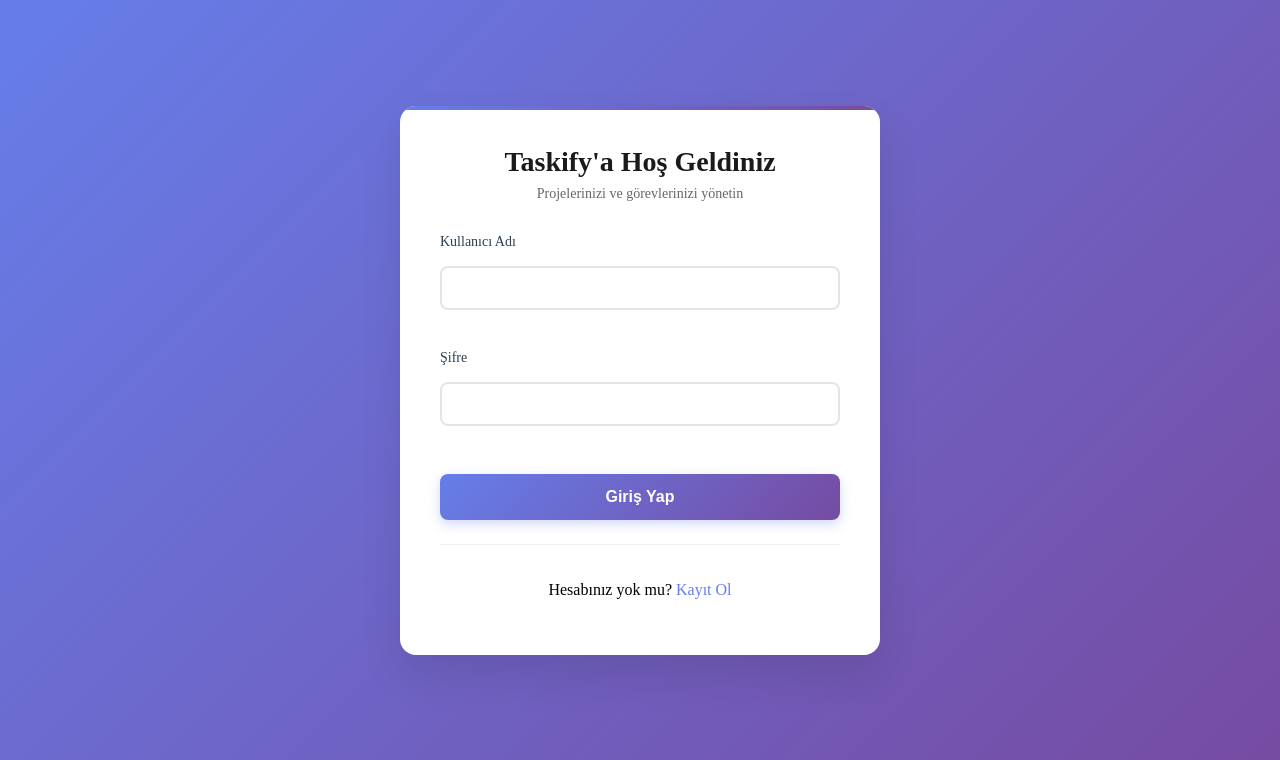
Repository: rumeyssaasya/TaskifyFrontendExample
Page: /tasks
An editor plug-in stored every save of this project. The page is shown before and after the next save, followed by the edit.
The browser window is 1280 px wide. The pictures show the whole page.
The project was rebuilt for these pictures with package versions that can differ from the ones it lists, and the page was loaded fresh each time. Also part of the build but not shown: vite.config.ts, src/pages/Register/register.tsx, src/component/Navbar/navbar.css, src/component/ProfileDropDownMenu/profileDropDownMenu.css, src/component/ProfileDropDownMenu/profileDropDownMenu.tsx, src/component/Navbar/navbar.tsx, src/component/ProjectList/projectList.css, src/component/EditProject/EditProject.tsx and 21 more.

Above is the page before, as saved 2025-08-09 01:26:08.

### index.html
<!doctype html>
<html lang="en">
  <head>
    <meta charset="UTF-8" />
    <link rel="icon" type="image/svg+xml" href="" />
    <meta name="viewport" content="width=device-width, initial-scale=1.0" />
    <title>Taskify</title>
  </head>
  <body>
    <div id="root"></div>
    <script type="module" src="/src/main.tsx"></script>
  </body>
</html>

### src/index.css
:root {
    margin: 0px;
    padding: 0px;
}

body {
    margin: 0px;
    padding: 0px;
}

### src/App.tsx
import './App.css'
import { BrowserRouter, Route, Routes } from 'react-router-dom';
import LoginForm from './pages/Login/login';
import RegisterForm from './pages/Register/register';
import Projects from './pages/Projects/projects';
import ProtectedRoute from './api/ProtectedRoute';
import Tasks from './pages/Tasks/tasks';
import Landing from './pages/Landing/landing';

function App() {
  return (
    <BrowserRouter>
      <Routes>
        <Route path="/" element={<Landing />} />
        <Route path="/auth/register" element={<RegisterForm />} />
         <Route path="/auth/login" element={<LoginForm/>} />
        <Route element={<ProtectedRoute />}>
          <Route path="/projects" element={<Projects />} />
          <Route path="/tasks" element={<Tasks />} />
        </Route>
      </Routes>
    </BrowserRouter>
  )
}

export default App

### src/App.css
#root {
  max-width: 100%;
  margin: 0px;
  padding: 0px;
  text-align: center;
}


@keyframes logo-spin {
  from {
    transform: rotate(0deg);
  }

  to {
    transform: rotate(360deg);
  }
}

### src/pages/Login/login.tsx
import React, { useState } from "react";
import api from "../../api/axios";
import { useNavigate } from "react-router-dom";
import "./login.css";

const LoginForm = () => {
  const [username, setUsername] = useState("");
  const [password, setPassword] = useState("");
  const [error, setError] = useState<string | null>(null);
  const [isLoading, setIsLoading] = useState(false);
  const navigate = useNavigate();

  const handleSubmit = async (e: React.FormEvent<HTMLFormElement>) => {
    e.preventDefault();
    setIsLoading(true);
    setError(null);

    try {
      const response = await api.post("/auth/login", {
        username,
        password,
      });

      const token = response.data.token;
      localStorage.setItem("token", token);
      console.log("Gelen Token:", token);
      navigate("/projects");
    } catch (err) {
      setError("Kullanıcı adı veya şifre hatalı!");
    } finally {
      setIsLoading(false);
    }
  };

  return (
    <div className="login-page">
      <div className="login-container">
        <div className="login-header">
          <h1 className="login-title">Taskify'a Hoş Geldiniz</h1>
          <p className="login-subtitle">Projelerinizi ve görevlerinizi yönetin</p>
        </div>

        <form onSubmit={handleSubmit} className="login-form">
          {error && <div className="error-message">{error}</div>}

          <div className="form-group">
            <label className="form-label">Kullanıcı Adı</label>
            <input
              type="text"
              className="form-input"
              value={username}
              onChange={(e) => setUsername(e.target.value)}
              required
              disabled={isLoading}
            />
          </div>

          <div className="form-group">
            <label className="form-label">Şifre</label>
            <input
              type="password"
              className="form-input"
              value={password}
              onChange={(e) => setPassword(e.target.value)}
              required
              disabled={isLoading}
            />
          </div>

          <button type="submit" className="login-btn" disabled={isLoading}>
            {isLoading && <span className="loading-spinner"></span>}
            {isLoading ? "Giriş Yapılıyor..." : "Giriş Yap"}
          </button>
        </form>

        <div className="login-footer">
          <p>
            Hesabınız yok mu?{" "}
            <a href="/register" className="login-link" onClick={(e) => {
              e.preventDefault();
              navigate("/auth/register");
            }}>
              Kayıt Ol
            </a>
          </p>
        </div>
      </div>
    </div>
  );
};

export default LoginForm;

### src/api/ProtectedRoute.tsx
//login olmadan UI tarafa erişim sağlanmasını engellemek için
import { Navigate, Outlet } from "react-router-dom";

const ProtectedRoute = () => {
  const token = localStorage.getItem("token");
  return token ? <Outlet /> : <Navigate to="/auth/login" replace /> ;// token varsa içeriye yönlendir, yoksa login sayfasına yönlendir
};

export default ProtectedRoute;

### src/api/axios.ts
import axios from 'axios';

// 1. Axios instance oluşturuyoruz, böylece tüm isteklerde aynı baseURL kullanılır
const api = axios.create({
  baseURL: 'http://localhost:8080/', // Backend adresin, kendi projenin URL'si
});

// 2. İstek gönderilmeden önce çalışacak interceptor ekliyoruz
api.interceptors.request.use(config => {
  // 3. localStorage'dan token'ı alıyoruz
  const token = localStorage.getItem('token');

  // 4. Eğer token varsa, istek header'ına ekliyoruz
  if (token!== null) {
    config.headers.Authorization = `Bearer ${token}`;
  }

  // 5. İsteği geri döndür, böylece axios devam edebilir
  return config;
}, error => {
  // 6. Hata varsa burada yakalayabiliriz
  console.error("Axios request error:", error);
  return Promise.reject(error);

});

export default api;

### src/pages/Login/login.css
/* Login Page Styles */
.login-page {
    min-height: 100vh;
    display: flex;
    align-items: center;
    justify-content: center;
    background: linear-gradient(135deg, #667eea 0%, #764ba2 100%);
    padding: 20px;
}

.login-container {
    background: white;
    border-radius: 16px;
    box-shadow: 0 20px 40px rgba(0, 0, 0, 0.1);
    padding: 40px;
    width: 100%;
    max-width: 400px;
    position: relative;
    overflow: hidden;
}

.login-container::before {
    content: '';
    position: absolute;
    top: 0;
    left: 0;
    right: 0;
    height: 4px;
    background: linear-gradient(90deg, #667eea, #764ba2);
}

.login-header {
    text-align: center;
    margin-bottom: 32px;
}

.login-title {
    font-size: 28px;
    font-weight: 700;
    color: #1a1a1a;
    margin: 0 0 8px 0;
}

.login-subtitle {
    color: #666;
    font-size: 14px;
    margin: 0;
}

.login-form {
    display: flex;
    flex-direction: column;
    gap: 20px;
}

.form-group {
    display: flex;
    flex-direction: column;
    gap: 8px;
}

.form-label {
    font-weight: 600;
    color: #333;
    font-size: 14px;
}

.form-input {
    padding: 14px 16px;
    border: 2px solid #e1e5e9;
    border-radius: 8px;
    font-size: 14px;
    transition: all 0.3s ease;
    background: white;
}

.form-input:focus {
    outline: none;
    border-color: #667eea;
    box-shadow: 0 0 0 3px rgba(102, 126, 234, 0.1);
}

.login-btn {
    padding: 14px 24px;
    background: linear-gradient(135deg, #667eea, #764ba2);
    color: white;
    border: none;
    border-radius: 8px;
    font-weight: 600;
    font-size: 16px;
    cursor: pointer;
    transition: all 0.3s ease;
    box-shadow: 0 4px 12px rgba(102, 126, 234, 0.3);
    margin-top: 8px;
}

.login-btn:hover {
    transform: translateY(-2px);
    box-shadow: 0 6px 16px rgba(102, 126, 234, 0.4);
}

.login-btn:active {
    transform: translateY(0);
}

.login-btn:disabled {
    background: #ccc;
    cursor: not-allowed;
    transform: none;
    box-shadow: none;
}

.login-footer {
    text-align: center;
    margin-top: 24px;
    padding-top: 20px;
    border-top: 1px solid #f0f0f0;
}

.login-link {
    color: #667eea;
    text-decoration: none;
    font-weight: 500;
    transition: color 0.3s ease;
}

.login-link:hover {
    color: #764ba2;
    text-decoration: underline;
}

.error-message {
    background: #ffebee;
    color: #c62828;
    padding: 12px 16px;
    border-radius: 8px;
    font-size: 14px;
    border: 1px solid #ffcdd2;
    margin-bottom: 16px;
}

.success-message {
    background: #e8f5e8;
    color: #2e7d32;
    padding: 12px 16px;
    border-radius: 8px;
    font-size: 14px;
    border: 1px solid #c8e6c9;
    margin-bottom: 16px;
}

.loading-spinner {
    display: inline-block;
    width: 16px;
    height: 16px;
    border: 2px solid rgba(255, 255, 255, 0.3);
    border-radius: 50%;
    border-top-color: white;
    animation: spin 1s ease-in-out infinite;
    margin-right: 8px;
}

@keyframes spin {
    to {
        transform: rotate(360deg);
    }
}

.password-toggle {
    position: relative;
}

.password-toggle-btn {
    position: absolute;
    right: 12px;
    top: 50%;
    transform: translateY(-50%);
    background: none;
    border: none;
    cursor: pointer;
    color: #666;
    font-size: 16px;
    padding: 4px;
}

.password-toggle-btn:hover {
    color: #333;
}

/* Responsive Design */
@media (max-width: 480px) {
    .login-container {
        padding: 24px;
        margin: 10px;
    }

    .login-title {
        font-size: 24px;
    }

    .form-input {
        padding: 12px 14px;
    }

    .login-btn {
        padding: 12px 20px;
        font-size: 14px;
    }
}

### src/component/CreateProject/createProject.css
/* CreateProject Component Styles */
.create-project-container {
    background: white;
    padding: 20px;
    border-radius: 12px;
    box-shadow: 0 2px 12px rgba(0, 0, 0, 0.08);
    margin-top: 20px;
    border: 2px solid #e3f2fd;
}

.create-project-title {
    font-size: 18px;
    font-weight: 600;
    color: #333;
    margin-bottom: 16px;
    display: flex;
    align-items: center;
    gap: 8px;
}

.create-project-title::before {
    content: '+';
    background: #1976d2;
    color: white;
    width: 24px;
    height: 24px;
    border-radius: 50%;
    display: flex;
    align-items: center;
    justify-content: center;
    font-weight: bold;
    font-size: 16px;
}

.create-project-form {
    display: flex;
    flex-direction: column;
    gap: 16px;
}

.form-group {
    display: flex;
    flex-direction: column;
    gap: 8px;
}

.form-label {
    font-weight: 600;
    color: #333;
    font-size: 14px;
}

.form-input {
    padding: 12px 16px;
    border: 2px solid #e1e5e9;
    border-radius: 8px;
    font-size: 14px;
    transition: all 0.3s ease;
    background: white;
}

.form-input:focus {
    outline: none;
    border-color: #1976d2;
    box-shadow: 0 0 0 3px rgba(25, 118, 210, 0.1);
}

.form-textarea {
    padding: 12px 16px;
    border: 2px solid #e1e5e9;
    border-radius: 8px;
    font-size: 14px;
    transition: all 0.3s ease;
    background: white;
    resize: vertical;
    min-height: 80px;
    font-family: inherit;
}

.form-textarea:focus {
    outline: none;
    border-color: #1976d2;
    box-shadow: 0 0 0 3px rgba(25, 118, 210, 0.1);
}

.form-select {
    padding: 12px 16px;
    border: 2px solid #e1e5e9;
    border-radius: 8px;
    font-size: 14px;
    transition: all 0.3s ease;
    background: white;
    cursor: pointer;
}

.form-select:focus {
    outline: none;
    border-color: #1976d2;
    box-shadow: 0 0 0 3px rgba(25, 118, 210, 0.1);
}

.date-input {
    padding: 12px 16px;
    border: 2px solid #e1e5e9;
    border-radius: 8px;
    font-size: 14px;
    transition: all 0.3s ease;
    background: white;
    cursor: pointer;
}

.date-input:focus {
    outline: none;
    border-color: #1976d2;
    box-shadow: 0 0 0 3px rgba(25, 118, 210, 0.1);
}

.checkbox-group {
    display: flex;
    align-items: center;
    gap: 8px;
    cursor: pointer;
}

.checkbox-input {
    width: 18px;
    height: 18px;
    accent-color: #1976d2;
    cursor: pointer;
}

.checkbox-label {
    font-size: 14px;
    color: #555;
    cursor: pointer;
}

.create-project-btn {
    padding: 12px 24px;
    background: linear-gradient(135deg, #1976d2, #1565c0);
    color: white;
    border: none;
    border-radius: 8px;
    font-weight: 600;
    font-size: 14px;
    cursor: pointer;
    transition: all 0.3s ease;
    box-shadow: 0 4px 12px rgba(25, 118, 210, 0.3);
    align-self: flex-start;
}

.create-project-btn:hover {
    transform: translateY(-2px);
    box-shadow: 0 6px 16px rgba(25, 118, 210, 0.4);
}

.create-project-btn:active {
    transform: translateY(0);
}

.create-project-btn:disabled {
    background: #ccc;
    cursor: not-allowed;
    transform: none;
    box-shadow: none;
}

.form-row {
    display: flex;
    gap: 16px;
}

.form-row .form-group {
    flex: 1;
}

.error-message {
    color: #dc3545;
    font-size: 12px;
    margin-top: 4px;
}

.success-message {
    color: #28a745;
    font-size: 12px;
    margin-top: 4px;
}

### src/component/CreateTask/createTask.css
/* CreateTask Component Styles */
.create-task-form {
    display: flex;
    flex-direction: column;
    gap: 16px;
    max-width: 500px;
}

.form-group {
    display: flex;
    flex-direction: column;
    gap: 8px;
}

.form-label {
    font-weight: 600;
    color: #333;
    font-size: 14px;
}

.form-input {
    padding: 12px 16px;
    border: 2px solid #e1e5e9;
    border-radius: 8px;
    font-size: 14px;
    transition: all 0.3s ease;
    background: white;
}

.form-input:focus {
    outline: none;
    border-color: #1976d2;
    box-shadow: 0 0 0 3px rgba(25, 118, 210, 0.1);
}

.form-textarea {
    padding: 12px 16px;
    border: 2px solid #e1e5e9;
    border-radius: 8px;
    font-size: 14px;
    transition: all 0.3s ease;
    background: white;
    resize: vertical;
    min-height: 100px;
    font-family: inherit;
}

.form-textarea:focus {
    outline: none;
    border-color: #1976d2;
    box-shadow: 0 0 0 3px rgba(25, 118, 210, 0.1);
}

.form-select {
    padding: 12px 16px;
    border: 2px solid #e1e5e9;
    border-radius: 8px;
    font-size: 14px;
    transition: all 0.3s ease;
    background: white;
    cursor: pointer;
}

.form-select:focus {
    outline: none;
    border-color: #1976d2;
    box-shadow: 0 0 0 3px rgba(25, 118, 210, 0.1);
}

.submit-btn {
    padding: 12px 24px;
    background: linear-gradient(135deg, #1976d2, #1565c0);
    color: white;
    border: none;
    border-radius: 8px;
    font-weight: 600;
    font-size: 14px;
    cursor: pointer;
    transition: all 0.3s ease;
    box-shadow: 0 4px 12px rgba(25, 118, 210, 0.3);
    align-self: flex-start;
}

.submit-btn:hover {
    transform: translateY(-2px);
    box-shadow: 0 6px 16px rgba(25, 118, 210, 0.4);
}

.submit-btn:active {
    transform: translateY(0);
}

.submit-btn:disabled {
    background: #ccc;
    cursor: not-allowed;
    transform: none;
    box-shadow: none;
}

.form-row {
    display: flex;
    gap: 16px;
}

.form-row .form-group {
    flex: 1;
}

.error-message {
    color: #dc3545;
    font-size: 12px;
    margin-top: 4px;
}

.success-message {
    color: #28a745;
    font-size: 12px;
    margin-top: 4px;
}

### src/component/EditProject/EditProject.css
.modal-overlay {
  position: fixed;
  top: 0;
  left: 0;
  right: 0;
  bottom: 0;
  background-color: rgba(0, 0, 0, 0.5);
  display: flex;
  justify-content: center;
  align-items: center;
  z-index: 1000;
  backdrop-filter: blur(2px);
  animation: fadeIn 0.3s ease;
}

@keyframes fadeIn {
  from {
    opacity: 0;
  }

  to {
    opacity: 1;
  }
}

.modal {
  background-color: white;
  padding: 24px;
  border-radius: 12px;
  max-width: 500px;
  width: 90%;
  box-shadow: 0 4px 20px rgba(0, 0, 0, 0.15);
  position: relative;
  z-index: 1001;
  animation: slideUp 0.3s ease;
}

@keyframes slideUp {
  from {
    transform: translateY(20px);
    opacity: 0;
  }

  to {
    transform: translateY(0);
    opacity: 1;
  }
}

.modal-header {
  display: flex;
  justify-content: space-between;
  align-items: center;
  margin-bottom: 20px;
}

.modal-header h2 {
  margin: 0;
  color: #2c3e50;
  font-size: 1.5rem;
}

.close-button {
  background: none;
  border: none;
  font-size: 1.8rem;
  cursor: pointer;
  color: #7f8c8d;
  padding: 0 8px;
  line-height: 1;
  transition: color 0.2s ease;
}

.close-button:hover {
  color: #2c3e50;
}

.close-button:disabled {
  color: #bdbdbd;
  cursor: not-allowed;
}

.form-group {
  margin-bottom: 20px;
}

.form-group label {
  display: block;
  margin-bottom: 8px;
  font-weight: 500;
  color: #2c3e50;
}

.form-group label::after {
  content: '*';
  color: #d32f2f;
  margin-left: 4px;
  opacity: 0;
}

.form-group label[for="project-name"]::after {
  opacity: 1;
}

.form-input {
  width: 100%;
  padding: 12px;
  border: 1px solid #e1e5e9;
  border-radius: 8px;
  font-size: 1rem;
  transition: all 0.3s ease;
  box-sizing: border-box;
  font-family: inherit;
}

.form-input:focus {
  outline: none;
  border-color: #1976d2;
  box-shadow: 0 0 0 2px rgba(25, 118, 210, 0.2);
}

textarea.form-input {
  resize: vertical;
  min-height: 100px;
}

.char-counter {
  text-align: right;
  font-size: 0.8rem;
  color: #7f8c8d;
  margin-top: 4px;
}

.error-message {
  color: #d32f2f;
  background-color: #ffebee;
  padding: 12px;
  border-radius: 8px;
  margin: 16px 0;
  font-size: 0.9rem;
  animation: shake 0.5s ease;
}

@keyframes shake {

  0%,
  100% {
    transform: translateX(0);
  }

  20%,
  60% {
    transform: translateX(-5px);
  }

  40%,
  80% {
    transform: translateX(5px);
  }
}

.modal-actions {
  display: flex;
  gap: 12px;
  justify-content: flex-end;
  margin-top: 24px;
}

.btn {
  padding: 10px 20px;
  border: none;
  border-radius: 8px;
  font-weight: 600;
  cursor: pointer;
  font-size: 1rem;
  transition: all 0.3s ease;
  display: inline-flex;
  align-items: center;
  justify-content: center;
  min-width: 100px;
}

.btn-primary {
  background: #1976d2;
  color: #fff;
}

.btn-primary:hover {
  background: #1565c0;
}

.btn-primary:disabled {
  background: #90caf9;
  cursor: not-allowed;
}

.btn-secondary {
  background: #f5f5f5;
  color: #2c3e50;
}

.btn-secondary:hover {
  background: #e0e0e0;
}

.btn-secondary:disabled {
  background: #f5f5f5;
  color: #bdbdbd;
  cursor: not-allowed;
}

.spinner {
  display: inline-block;
  width: 16px;
  height: 16px;
  border: 2px solid rgba(255, 255, 255, 0.3);
  border-radius: 50%;
  border-top-color: white;
  animation: spin 1s ease-in-out infinite;
  margin-right: 8px;
}

@keyframes spin {
  to {
    transform: rotate(360deg);
  }
}

@media (max-width: 480px) {
  .modal {
    padding: 16px;
  }

  .modal-actions {
    flex-direction: column-reverse;
    gap: 8px;
  }

  .btn {
    width: 100%;
  }
}

Loaded but not shown: src/main.tsx (common file); src/pages/Register/register.css (318 lines, source omitted)

After the next save:
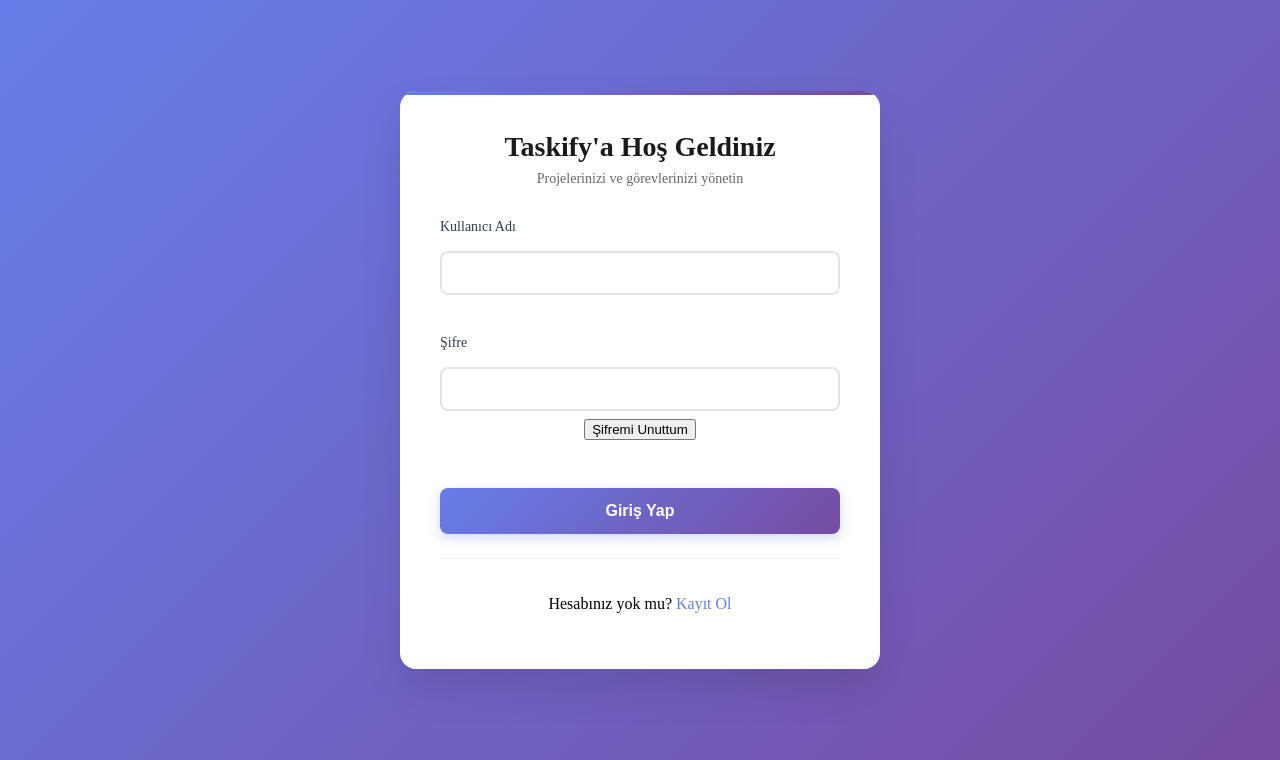
Saved 21 min 23 s later.
--- a/src/pages/Login/login.tsx
+++ b/src/pages/Login/login.tsx
@@ -30,6 +30,11 @@
     } finally {
       setIsLoading(false);
     }
+  };
+
+  const handleForgotPassword = (e: React.MouseEvent) => {
+    e.preventDefault();
+    navigate("/auth/forgot-password"); // Şifre sıfırlama sayfasına yönlendir
   };
 
   return (
@@ -65,6 +70,15 @@
               required
               disabled={isLoading}
             />
+            <div className="forgot-password-container">
+              <button
+                className="forgot-password-btn"
+                onClick={handleForgotPassword}
+                disabled={isLoading}
+              >
+                Şifremi Unuttum
+              </button>
+            </div>
           </div>
 
           <button type="submit" className="login-btn" disabled={isLoading}>
